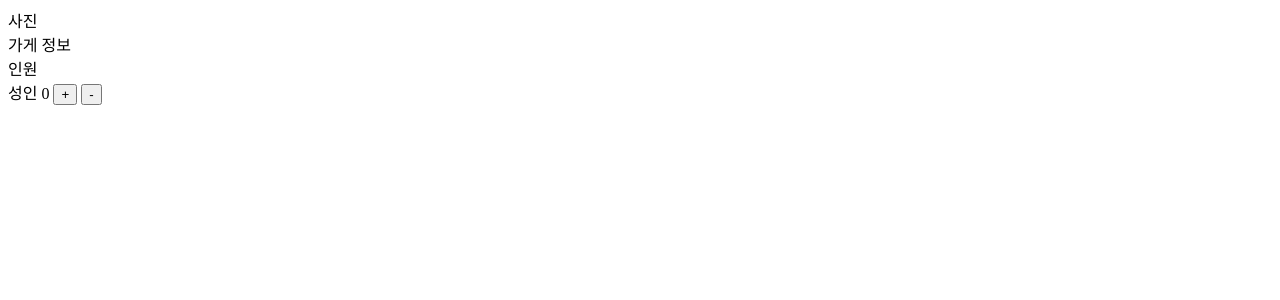
Repository: MeGuuuun/-_TableJava
Page: http://localhost/kimbanbagi/book.jsp
These files come from the project's save history. The page is drawn as it stood at one moment and after the next save; the edit follows.
The browser window is 1280 px wide. The pictures show the whole page.
The page is served by Tomcat 10.

Above is the page before, as saved 2024-06-01 07:00:50.

After the next save:
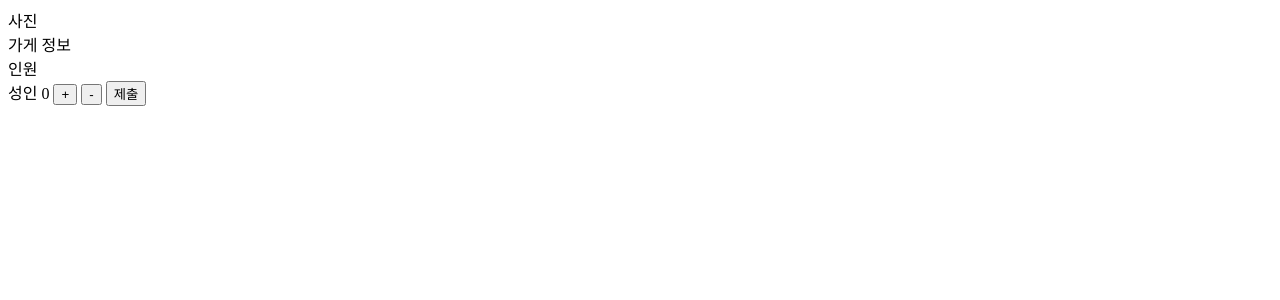
Saved 2 min 4 s later.
--- a/tableJava/kimbanbagi/WebContent/book.jsp
+++ b/tableJava/kimbanbagi/WebContent/book.jsp
@@ -16,9 +16,11 @@
 		</div>
 		<div id="book_div">
 			인원 <br>
-			성인 <span id="count">0</span>
-			<button onclick="increaseCount()"> + </button>
-			<button onclick="decreaseCount()"> - </button>
+			성인
+			<span id="count">0</span>
+			<button type="button" id="increaseCount">+</button>
+    		<button type="button" id="decreaseCount">-</button>
+    		<button type="submit" id="submitBtn">제출</button>
 		</div>
 		<script>
 			$(document).ready(function() {
@@ -37,6 +39,13 @@
 		    		count--;
 		    		$('#count').text(count); // 숫자 업데이트
 		  		});
+
+		  		$('#submitBtn').on('click', function(event) {
+		  		    event.preventDefault(); // 기본 동작 방지
+
+		  		    // 제출 버튼 클릭 시 form submit
+		  		    $('#frm').submit();
+		  		});
 			});
 		</script>
 	</div>
